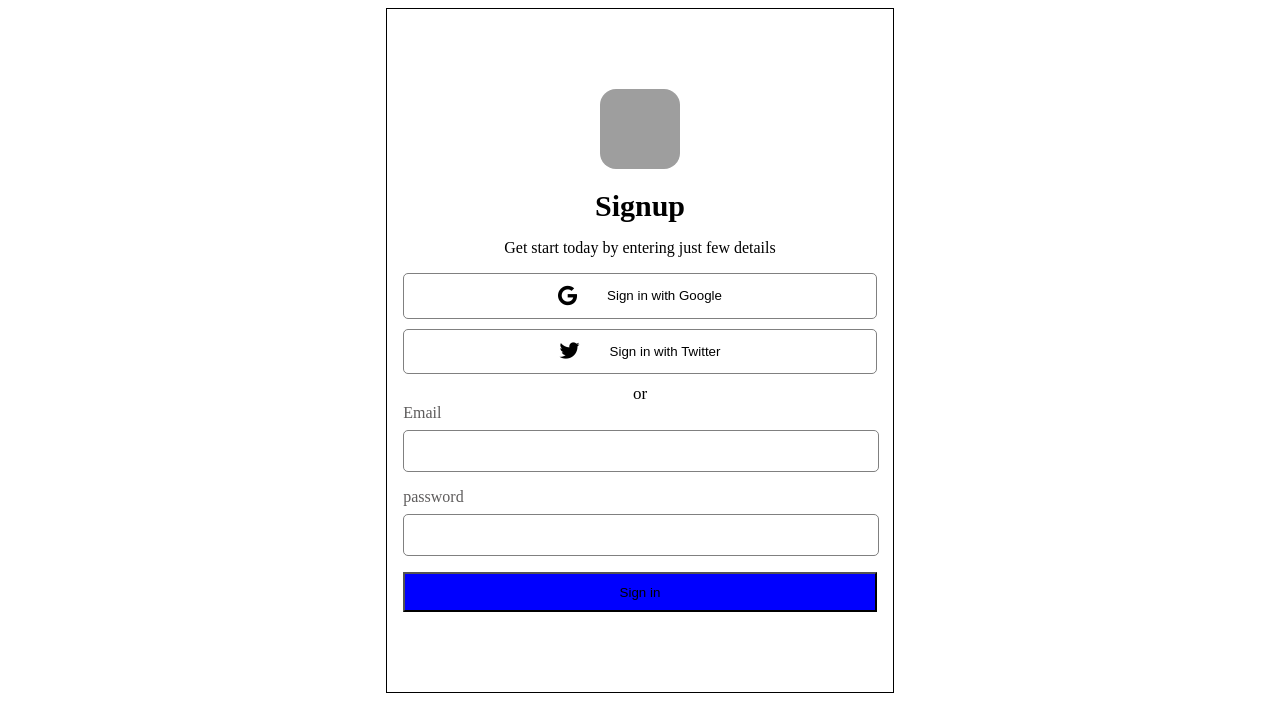
Repository: tungts3qb/Javascript
Page: sign-up/signup.html
These files come from the project's save history. The page is drawn as it stood at one moment and after the next save; the edit follows.
The browser window is 1280 px wide. The pictures show the whole page.
Pictures or frames that could not be fetched are drawn as grey boxes.

Above is the page before, as saved 2022-12-26 23:02:22.

### sign-up/signup.html
<!DOCTYPE html>
<html lang="en">
  <head>
    <meta charset="UTF-8" />
    <meta http-equiv="X-UA-Compatible" content="IE=edge" />
    <meta name="viewport" content="width=device-width, initial-scale=1.0" />
    <link
      rel="stylesheet"
      href="https://cdnjs.cloudflare.com/ajax/libs/font-awesome/6.2.1/css/all.min.css"
      integrity="sha512-MV7K8+y+gLIBoVD59lQIYicR65iaqukzvf/nwasF0nqhPay5w/9lJmVM2hMDcnK1OnMGCdVK+iQrJ7lzPJQd1w=="
      crossorigin="anonymous"
      referrerpolicy="no-referrer"
    />
    <link rel="stylesheet" href="sign-up.css" />
    <title>Sign up</title>
  </head>
  <body>
    <div class="sign-up-form">
      <div class="sign-up-icon">
        <img
          src="https://images.unsplash.com/photo-1672037253340-1b8b99e8dceb?ixlib=rb-4.0.3&ixid=MnwxMjA3fDB8MHxwaG90by1wYWdlfHx8fGVufDB8fHx8&auto=format&fit=crop&w=387&q=80"
          alt="avatar"
          class="sign-up-logo"
        />
      </div>
      <h3 class="sign-up-title">Signup</h3>
      <p class="sign-up-desc">Get start today by entering just few details</p>
      <div class="sign-up-buttons">
        <button class="sign-up-google">
          <i class="fa-brands fa-google"></i>
          <p>Sign in with Google</p>
        </button>
        <button class="sign-up-twitter">
          <i class="fa-brands fa-twitter"></i>
          <p>Sign in with Twitter</p>
        </button>
      </div>
      <div class="sign-up-or">or</div>
      <div class="sign-up-input-form">
        <form action="" class="sign-up-input">
          <p class="sign-up-email">Email</p>
          <input type="email" name="" id="" class="input_email" />
          <p class="sign-up-password">password</p>
          <input type="password" name="" id="" class="input_password" />
          <button type="submit" class="btn-signin">Sign in</button>
        </form>
      </div>
    </div>
  </body>
</html>

### sign-up/sign-up.css
.sign-up-form {
  width: 40%;
  height: auto;
  border: 1px solid black;
  margin: 0 auto;
  padding-bottom: 5rem;
}

.sign-up-icon img {
  width: 5rem;
  height: 5rem;
  border-radius: 1rem;
  object-fit: cover;
  margin-top: 5rem;
}

.sign-up-icon {
  display: flex;
  align-items: center;
  justify-content: center;
}

.sign-up-title {
  text-align: center;
  font-size: 30px;
  margin-top: 20px;
  margin-bottom: 10px;
}

.sign-up-desc {
  text-align: center;
}

.sign-up-buttons {
  display: flex;
  flex-direction: column;
  align-items: center;
}

.sign-up-google,
.sign-up-twitter {
  width: calc(100% - 2rem);
  display: flex;
  text-align: center;
  justify-content: center;
  margin-bottom: 10px;
  border-radius: 5px;
  border: 1px solid gray;
  background-color: white;
}

.sign-up-google i,
.sign-up-twitter i {
  margin-right: 20px;
  font-size: 20px;
  margin: auto 0;
  padding-right: 30px;
}

.sign-up-or {
  text-align: center;
  font-size: 17px;
}

.sign-up-input {
  width: 100%;
  margin: 0 auto;
}

/* .sign-up-input-form {
  display: flex;
  align-items: center;
  justify-content: center;
} */

.sign-up-input {
  width: calc(100% - 2rem);
}

.input_email,
.input_password {
  padding: 0;
  margin: 0;
  width: 100%;
  height: 2.5rem;
  border-radius: 5px;
  border: 1px solid gray;
}

.sign-up-email,
.sign-up-password {
  margin-top: 0;
  margin-bottom: 0.5rem;
  color: rgb(94, 92, 92);
}

.input_email,
.input_password {
  outline-color: rgb(74, 127, 224);
}

.sign-up-password {
  margin-top: 1rem;
}

.btn-signin {
  margin-top: 1rem;
  width: 100%;
  height: 2.5rem;
  outline: none;
  background-color: blue;
}

After the next save:
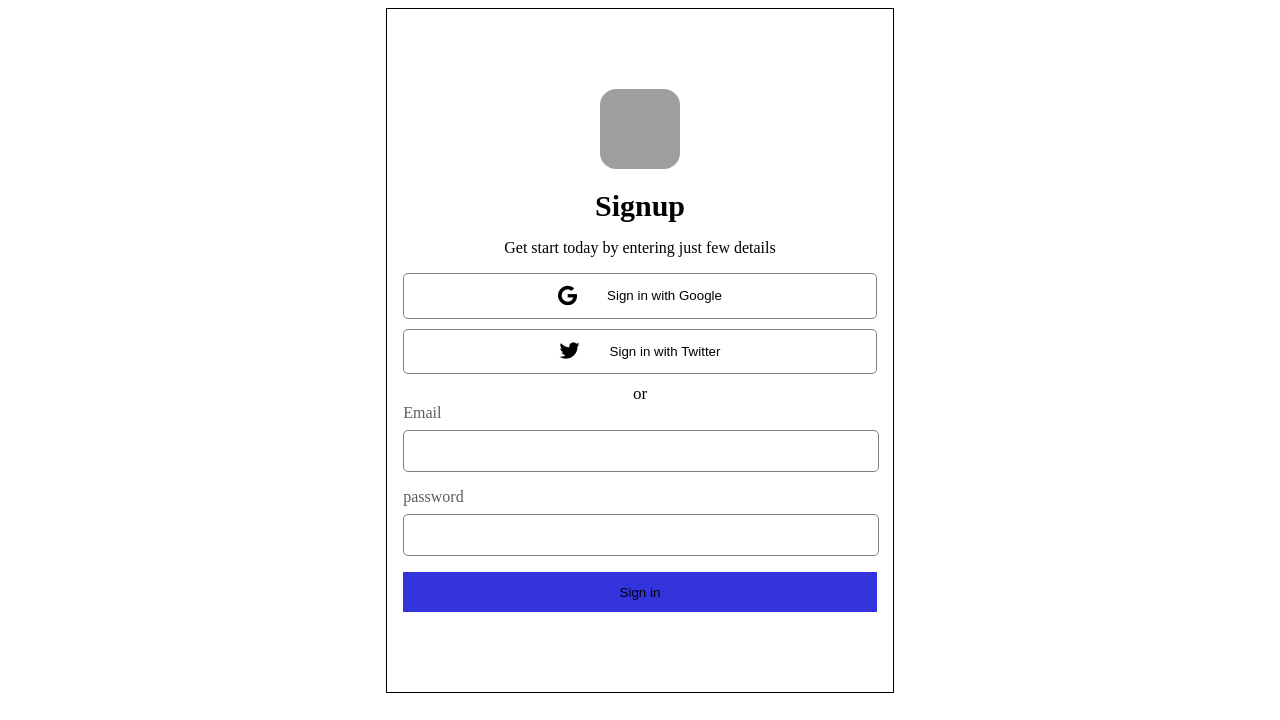
Saved 12 s later.
--- a/sign-up/sign-up.css
+++ b/sign-up/sign-up.css
@@ -107,6 +107,6 @@
   margin-top: 1rem;
   width: 100%;
   height: 2.5rem;
-  outline: none;
-  background-color: blue;
+  border: none;
+  background-color: rgb(52, 52, 221);
 }
